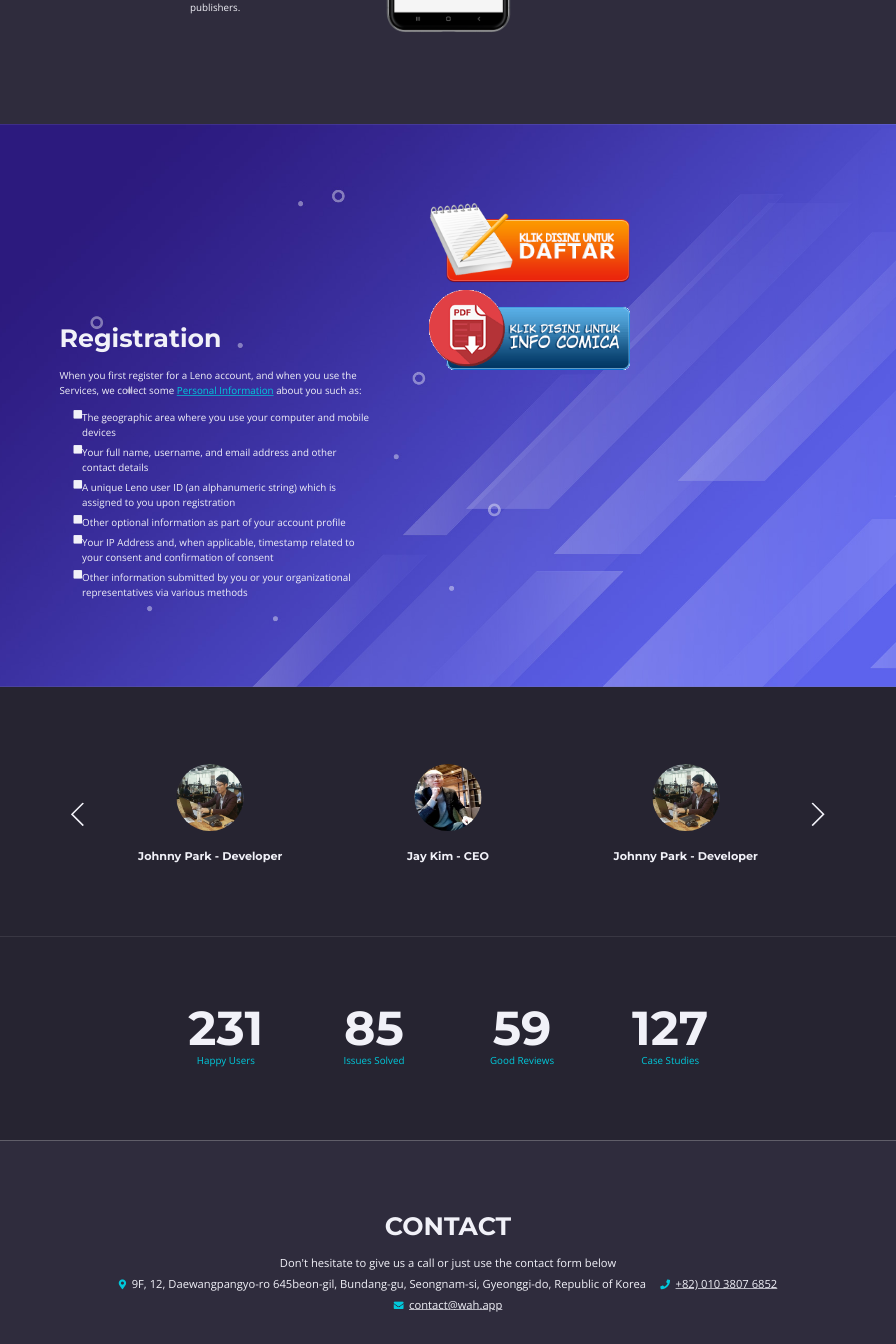
Repository: blackhat97/Homepage
Page: index.html
An editor plug-in stored every save of this project. The page is shown before and after the next save, followed by the edit.
The browser window is 1280 px wide. The pictures show the part of the page from y = 1585 to 3505 px (the page is 3773 px tall before and 3931 px after), at 70% of full size.

Above is the page before, as saved 2020-04-03 12:51:09.

After the next save:
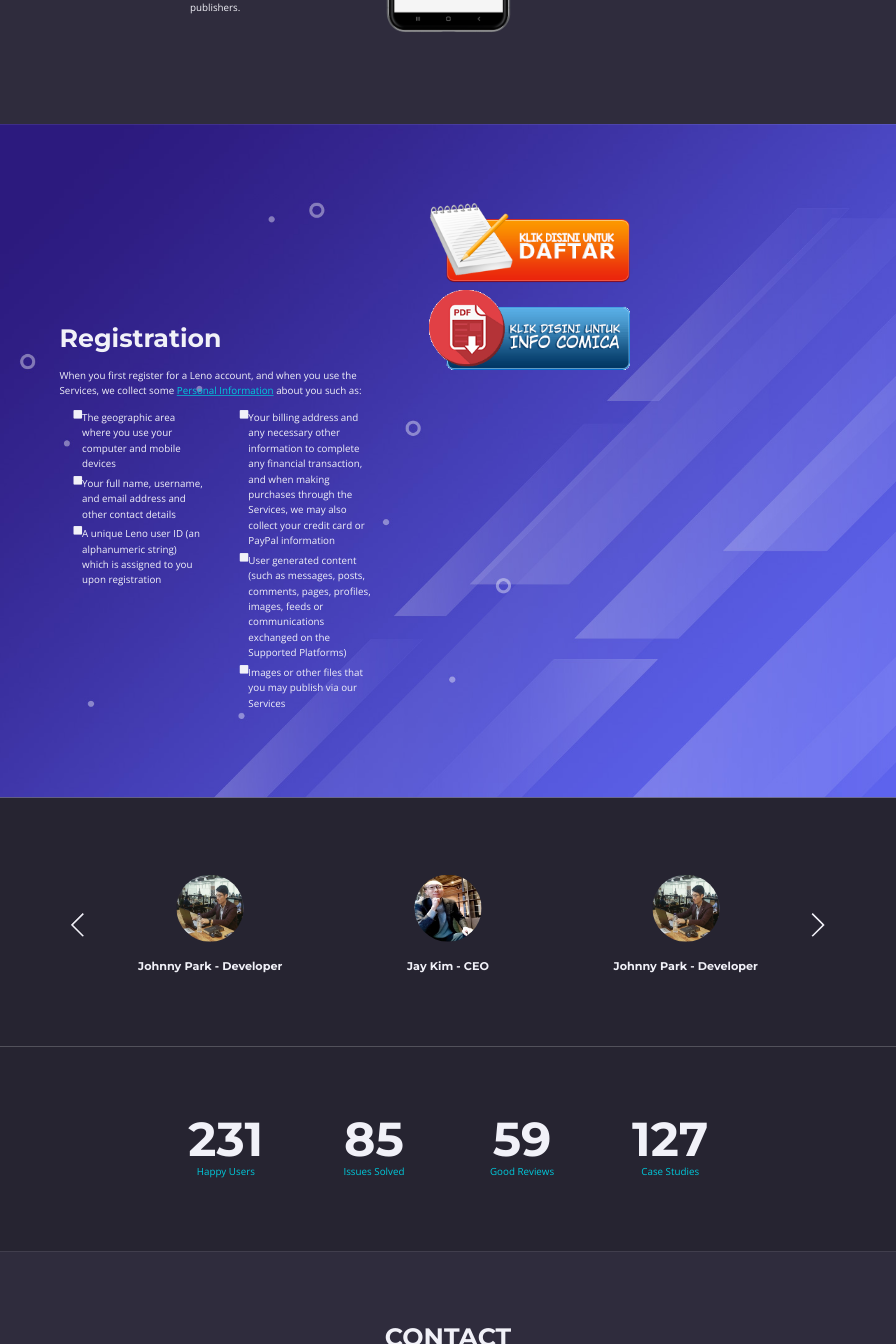
Saved 20 s later.
--- a/index.html
+++ b/index.html
@@ -225,7 +225,7 @@
                         <h2>Registration</h2>
                         <p>When you first register for a Leno account, and when you use the Services, we collect some <a class="turquoise" href="#your-link">Personal Information</a> about you such as:</p>
                         <div class="row">
-                            <div class="col-md-12">
+                            <div class="col-md-6">
                                 <ul class="list-unstyled li-space-lg indent">
                                     <li class="media">
                                         <i class="fas fa-square"></i>
@@ -238,22 +238,26 @@
                                     <li class="media">
                                         <i class="fas fa-square"></i>
                                         <div class="media-body">A unique Leno user ID (an alphanumeric string) which is assigned to you upon registration</div>
-                                    </li>
-                                    <li class="media">
-                                        <i class="fas fa-square"></i>
-                                        <div class="media-body">Other optional information as part of your account profile</div>
-                                    </li>
-                                    <li class="media">
-                                        <i class="fas fa-square"></i>
-                                        <div class="media-body">Your IP Address and, when applicable, timestamp related to your consent and confirmation of consent</div>
-                                    </li>
-                                    <li class="media">
-                                        <i class="fas fa-square"></i>
-                                        <div class="media-body">Other information submitted by you or your organizational representatives via various methods</div>
                                     </li>
                                 </ul>
                             </div> <!-- end of col -->
 
+                            <div class="col-md-6">
+                                <ul class="list-unstyled li-space-lg indent">
+                                    <li class="media">
+                                        <i class="fas fa-square"></i>
+                                        <div class="media-body">Your billing address and any necessary other information to complete any financial transaction, and when making purchases through the Services, we may also collect your credit card or PayPal information</div>
+                                    </li>
+                                    <li class="media">
+                                        <i class="fas fa-square"></i>
+                                        <div class="media-body">User generated content (such as messages, posts, comments, pages, profiles, images, feeds or communications exchanged on the Supported Platforms)</div>
+                                    </li>
+                                    <li class="media">
+                                        <i class="fas fa-square"></i>
+                                        <div class="media-body">Images or other files that you may publish via our Services</div>
+                                    </li>
+                                </ul>
+                            </div> <!-- end of col -->
                         </div> <!-- end of row -->
                     </div> <!-- end of text-container-->
                 </div> <!-- end of col -->
